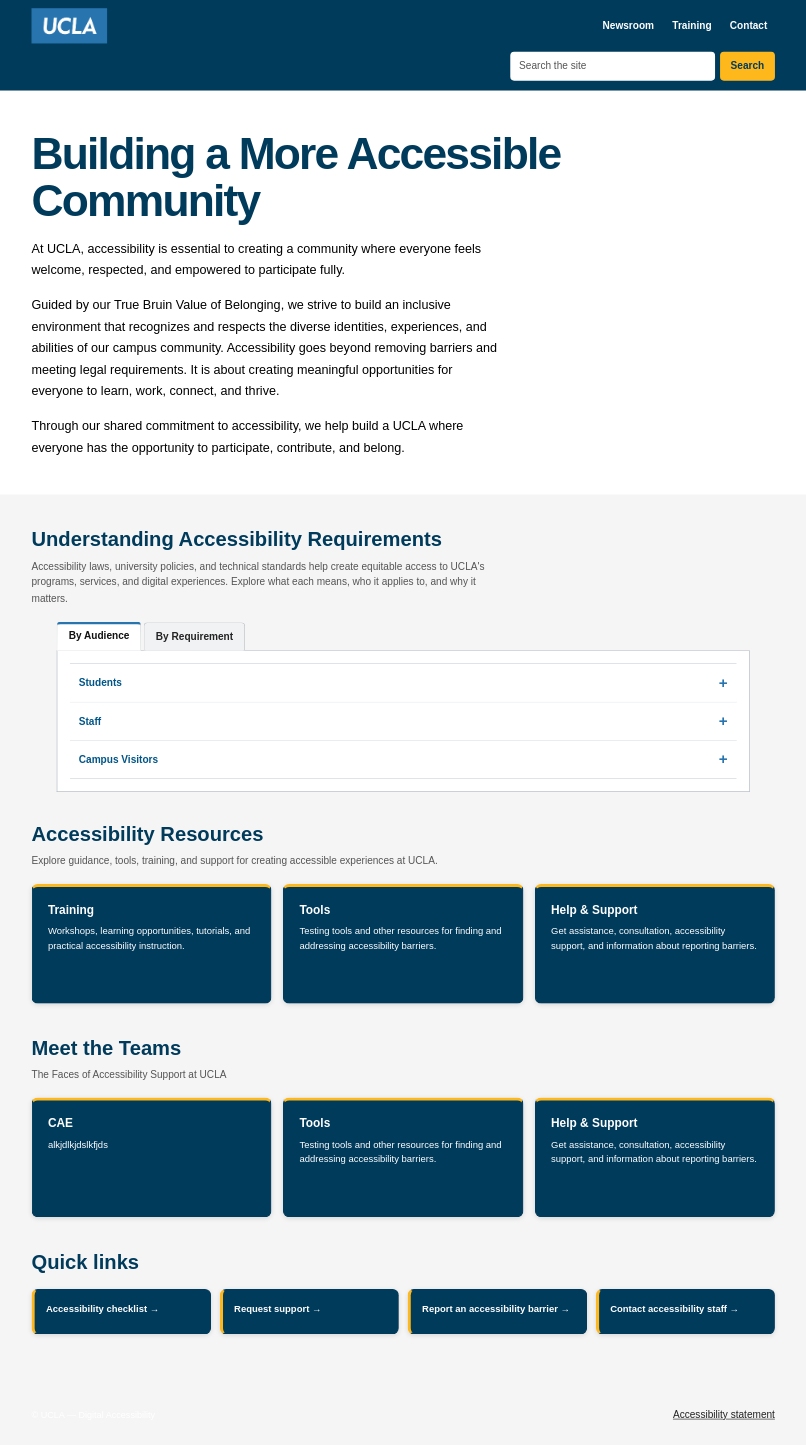
Repository: PSunnywell/UCLA-A11y-barrier-page
Page: index_tabs_with_accordions.html
The author's editor kept a copy of each file at every save. The page is drawn from the files as they stood at one save, then again after the next save.
The browser window is 1280 px wide. The pictures show the whole page, at 63% of full size.

Above is the page before, as saved 2026-10-13 17:14:02.
Not found: search.js

### index_tabs_with_accordions.html
<!DOCTYPE html>
<html lang="en">
<head>
  <meta charset="UTF-8">
  <meta name="viewport" content="width=device-width, initial-scale=1.0">
  <meta name="description" content="Accessibility Resources for UCLA">
  <title>Accessibility Resources</title>
  <link rel="stylesheet" href="styles.css">
  <style>
    /* Classic attached tabs, styled to match the reference image. */
    .requirements-tabs { max-width: 1100px; margin: 1.5rem auto 3rem; font-family: inherit; }
    .requirements-tablist { display: flex; align-items: flex-end; flex-wrap: wrap; gap: 4px; padding: 0; border-bottom: 1px solid #aeb6bf; }
    .requirements-tab { appearance: none; border: 1px solid #b5bac1; border-bottom: 0; border-radius: 6px 6px 0 0; background: #f1f2f4; color: #242424; font: inherit; font-weight: 600; font-size: 1rem; line-height: 1.3; padding: 12px 18px; margin: 0 0 -1px; cursor: pointer; }
    .requirements-tab[aria-selected="true"] { background: #fff; color: #111; border-top: 4px solid #2774ae; padding-top: 9px; border-bottom: 1px solid #fff; position: relative; z-index: 1; }
    .requirements-tab:hover:not([aria-selected="true"]) { background: #e5edf4; }
    .requirements-tab:focus-visible { outline: 3px solid #005587; outline-offset: 2px; z-index: 2; }
    .requirements-tabs > .requirements-panel { border: 1px solid #aeb6bf; border-top: 0; padding: 20px; background: #fff; }
    /* Simple accordion rows inside each top-level tab. */
    .requirements-accordion { border-bottom: 1px solid #c9d1d8; }
    .requirements-accordion:first-child { border-top: 1px solid #c9d1d8; }
    .requirements-accordion summary { cursor: pointer; list-style: none; display: flex; align-items: center; justify-content: space-between; gap: 1rem; padding: 17px 14px; font-weight: 600; color: #005587; background: #fff; }
    .requirements-accordion summary::-webkit-details-marker { display: none; }
    .requirements-accordion summary::after { content: "+"; font-size: 1.5rem; line-height: 1; color: #2774ae; }
    .requirements-accordion[open] summary::after { content: "−"; }
    .requirements-accordion summary:hover { background: #f3f8fc; }
    .requirements-accordion summary:focus-visible { outline: 3px solid #005587; outline-offset: -3px; }
    .requirements-accordion-content { padding: 0 14px 16px; }
    .requirements-panel[hidden] { display: none; }
    .requirements-panel p { line-height: 1.65; max-width: 72ch; margin: 0 0 .8rem; }
    .requirements-panel h3 { color: #005587; margin: 0 0 .65rem; font-size: 1.2rem; }
    @media (max-width: 600px) { .requirements-tab { padding: 10px 12px; font-size: .9rem; } .requirements-tab[aria-selected="true"] { padding-top: 7px; } .requirements-tabs > .requirements-panel { padding: 14px; } }
  </style>
</head>
<body>
  <a class="skip-link" href="#main-content">Skip to main content</a>

  <header class="site-header">
    <div class="header-inner">
      <a class="site-brand" href="ucla.edu" aria-label="UCLA home">
        <img class="site-brand-logo" src="images/logo_UCLA_blue_boxed.png" alt="UCLA">

      </a>
      <nav class="primary-nav" aria-label="Primary navigation">

        <ul>
          <li><a href="https://newsroom.ucla.edu/">Newsroom</a></li>
          <li><a href="training.html">Training</a></li>
          <li><a href="contact.html">Contact</a></li>
        </ul>
      </nav>
    </div>

    <div class="site-search-row">
      <search class="site-search" role="search">
        <form action="search.html" method="get">
          <label for="site-search-input">Search the site</label>
          <input id="site-search-input" name="q" type="search" placeholder="Search the site" autocomplete="off">
          <button type="submit">Search</button>
        </form>
      </search>
    </div>
  </header>


  <!-- =======================================================
       HERO
       ======================================================= -->

  <section class="hero" aria-labelledby="page-title">

    <div class="hero-inner">

            <h1 id="page-title">
       Building a More Accessible Community
      </h1>

      <p>At UCLA, accessibility is essential to creating a community where everyone feels welcome, respected, and empowered to participate fully.</p>

<p>Guided by our True Bruin Value of Belonging, we strive to build an inclusive environment that recognizes and respects the diverse identities, experiences, and abilities of our campus community. Accessibility goes beyond removing barriers and meeting legal requirements. It is about creating meaningful opportunities for everyone to learn, work, connect, and thrive.</p>

<p>Through our shared commitment to accessibility, we help build a UCLA where everyone has the opportunity to participate, contribute, and belong.</p>


    </div>

  </section>


  <!-- =======================================================
       MAIN
       ======================================================= -->

  <main id="main-content">


    <!-- =====================================================
         PRIMARY RESOURCE CARDS
         ===================================================== -->

    <section aria-labelledby="requirements-heading">

      <div class="section-heading">
        <h2 id="requirements-heading">Understanding Accessibility Requirements</h2>
        <p>Accessibility laws, university policies, and technical standards help create equitable access to UCLA's programs, services, and digital experiences. Explore what each means, who it applies to, and why it matters.</p>
      </div>

      <!-- Two main tabs; each contains three native HTML accordions. -->
      <div class="requirements-tabs">
        <div class="requirements-tablist" role="tablist" aria-label="Browse accessibility requirements">
          <button type="button" class="requirements-tab" id="tab-audience" role="tab" aria-selected="true" aria-controls="panel-audience" tabindex="0">By Audience</button>
          <button type="button" class="requirements-tab" id="tab-requirement" role="tab" aria-selected="false" aria-controls="panel-requirement" tabindex="-1">By Requirement</button>
        </div>

        <div class="requirements-panel" id="panel-audience" role="tabpanel" aria-labelledby="tab-audience" tabindex="0">
          <details class="requirements-accordion">
            <summary>Students</summary>
            <div class="requirements-accordion-content">
              <p>Explore accessibility rights, accommodations, and resources that support participation in courses, campus programs, and university life.</p>
            </div>
          </details>
          <details class="requirements-accordion">
            <summary>Staff</summary>
            <div class="requirements-accordion-content">
              <p>Learn about accessibility responsibilities and support for university workplaces, services, communications, and digital content.</p>
            </div>
          </details>
          <details class="requirements-accordion">
            <summary>Campus Visitors</summary>
            <div class="requirements-accordion-content">
              <p>Find information about access to campus spaces, events, programs, and services when visiting UCLA.</p>
            </div>
          </details>
        </div>
        <div class="requirements-panel" id="panel-requirement" role="tabpanel" aria-labelledby="tab-requirement" tabindex="0" hidden>
          <details class="requirements-accordion">
            <summary>Laws &amp; Regulations</summary>
            <div class="requirements-accordion-content">
              <p>Federal and state requirements, including the ADA and Section 504, establish rights and obligations related to equal access and nondiscrimination.</p>
            </div>
          </details>
          <details class="requirements-accordion">
            <summary>UC Policies</summary>
            <div class="requirements-accordion-content">
              <p>University of California policies describe institutional expectations, responsibilities, and procedures. Check each policy for its scope and applicability.</p>
            </div>
          </details>
          <details class="requirements-accordion">
            <summary>Standards</summary>
            <div class="requirements-accordion-content">
              <p>Technical criteria, such as the Web Content Accessibility Guidelines (WCAG), help teams design and evaluate accessible experiences. Applicable requirements determine which standards are mandatory.</p>
            </div>
          </details>
        </div>
      </div>

      <div class="section-heading">
        <h2 id="resources-heading">Accessibility Resources</h2>
        <p>Explore guidance, tools, training, and support for creating accessible experiences at UCLA.</p>
      </div>

      <div class="card-grid">

        <!-- CARD 1 -->
        <a
          class="resource-card is-dark"
          href="accessible-course-materials1004.html"
        >
          <h3>
           Training
          </h3>

          <p>
             Workshops, learning opportunities, tutorials,
            and practical accessibility instruction.
          </p>
        </a>

        <!-- CARD 2 -->
        <a
          class="resource-card is-dark"
          href="tools.html"
        >
          <h3>
            Tools
          </h3>

          <p>
            Testing tools and other resources for finding
            and addressing accessibility barriers.
          </p>
        </a>

        <!-- CARD 3 -->
        <a
          class="resource-card is-dark"
          href="support.html" >
          <h3>
            Help & Support
          </h3>

          <p>
            Get assistance, consultation, accessibility
            support, and information about reporting barriers.
          </p>
        </a>


      </div>

    </section>
<br>
<br>

    <!-- =====================================================
         FEATURED CONTENT
         ===================================================== -->
 <div class="section-heading">
        <h2 id="resources-heading">Meet the Teams</h2>
        <p>The Faces of Accessibility Support at UCLA</p>
      </div>

      <div class="card-grid">

        <!-- CARD 1 -->
        <a
          class="resource-card is-dark"
          href="acae.html"
        >
          <h3>
           CAE
          </h3>

          <p>
             alkjdlkjdslkfjds
          </p>
        </a>

        <!-- CARD 2 -->
        <a
          class="resource-card is-dark"
          href="tools.html"
        >
          <h3>
            Tools
          </h3>

          <p>
            Testing tools and other resources for finding
            and addressing accessibility barriers.
          </p>
        </a>

        <!-- CARD 3 -->
        <a
          class="resource-card is-dark"
          href="support.html" >
          <h3>
            Help & Support
          </h3>

          <p>
            Get assistance, consultation, accessibility
            support, and information about reporting barriers.
          </p>
        </a>


      </div>

    </section>
<br>
<br>

    <!-- =====================================================
         QUICK LINKS
         ===================================================== -->

    <section aria-labelledby="quick-heading">

      <div class="section-heading">

        <h2 id="quick-heading">
          Quick links
        </h2>

      </div>


      <div class="quick-links">

        <a
          class="quick-link"
          href="checklist.html"
        >
          Accessibility checklist →
        </a>

        <a
          class="quick-link"
          href="request-support.html"
        >
          Request support →
        </a>

        <a
          class="quick-link"
          href="report-barrier.html"
        >
          Report an accessibility barrier →
        </a>

        <a
          class="quick-link"
          href="contact.html"
        >
          Contact accessibility staff →
        </a>

      </div>

    </section>

  </main>


  <!-- =======================================================
       FOOTER
       ======================================================= -->

  <footer>

    <div class="footer-inner">

      <p>
        © UCLA — Digital Accessibility
      </p>

      <a
        class="footer-link"
        href="accessibility.html"
      >
        Accessibility statement
      </a>

    </div>

  </footer>

<script src="search.js" defer></script>
  <script>
    // Accessible keyboard navigation for the two main tabs.
    document.querySelectorAll('.requirements-tablist').forEach(tablist => {
      const tabs = Array.from(tablist.querySelectorAll(':scope > [role="tab"]'));
      function activate(tab, moveFocus = false) {
        tabs.forEach(item => {
          const selected = item === tab;
          item.setAttribute('aria-selected', String(selected));
          item.tabIndex = selected ? 0 : -1;
          document.getElementById(item.getAttribute('aria-controls')).hidden = !selected;
        });
        if (moveFocus) tab.focus();
      }
      tabs.forEach((tab, index) => {
        tab.addEventListener('click', () => activate(tab));
        tab.addEventListener('keydown', event => {
          let next;
          if (event.key === 'ArrowRight') next = (index + 1) % tabs.length;
          else if (event.key === 'ArrowLeft') next = (index - 1 + tabs.length) % tabs.length;
          else if (event.key === 'Home') next = 0;
          else if (event.key === 'End') next = tabs.length - 1;
          else return;
          event.preventDefault();
          activate(tabs[next], true);
        });
      });
    });
  </script>
</body>
</html>

Loaded but not shown: styles.css (312 lines, source omitted)

After the next save:
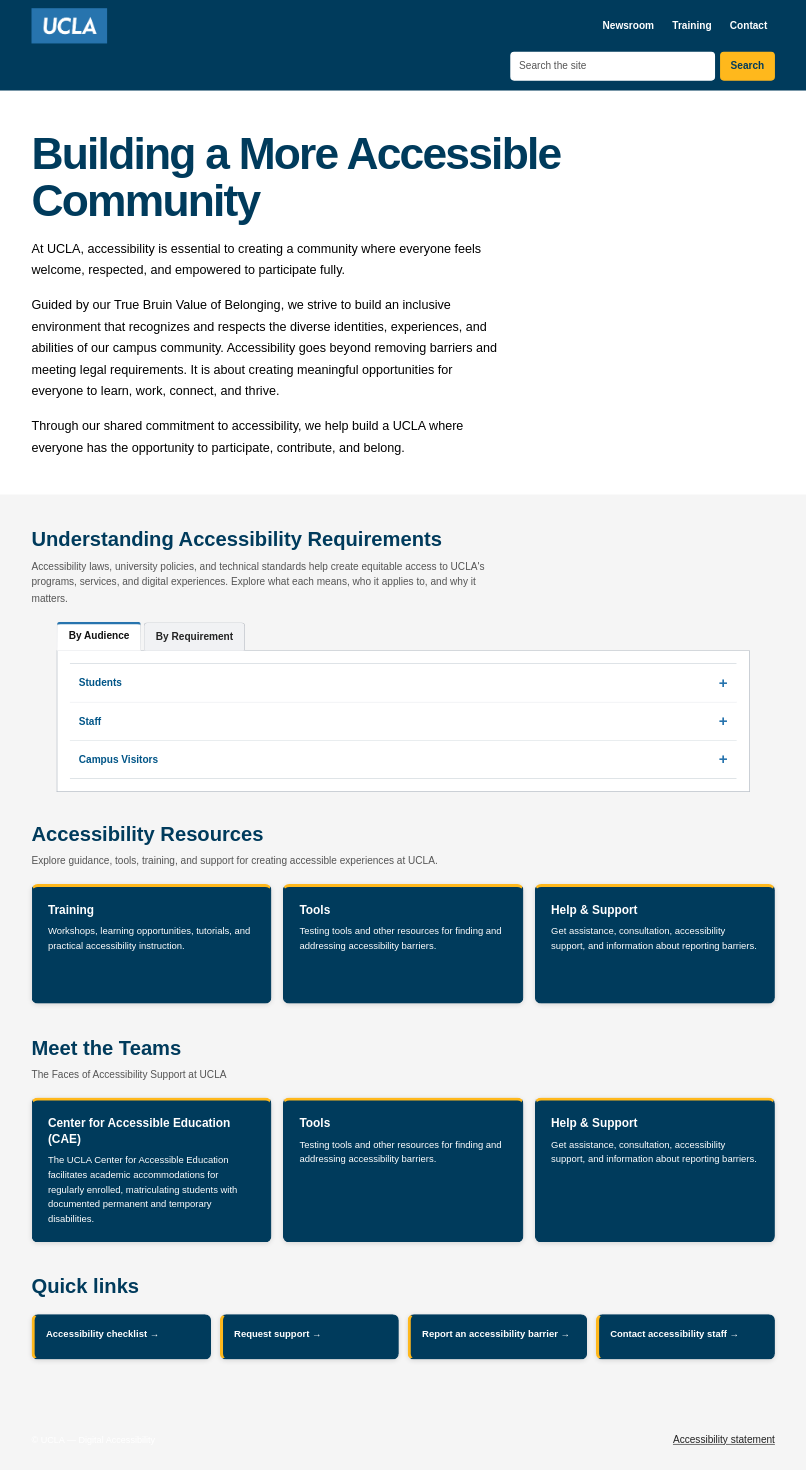
Saved 99 s later.
--- a/index_tabs_with_accordions.html
+++ b/index_tabs_with_accordions.html
@@ -227,11 +227,11 @@
           href="acae.html"
         >
           <h3>
-           CAE
-          </h3>
-
-          <p>
-             alkjdlkjdslkfjds
+           Center for Accessible Education (CAE)
+          </h3>
+
+          <p>
+            The UCLA Center for Accessible Education facilitates academic accommodations for regularly enrolled, matriculating students with documented permanent and temporary disabilities.
           </p>
         </a>
 
